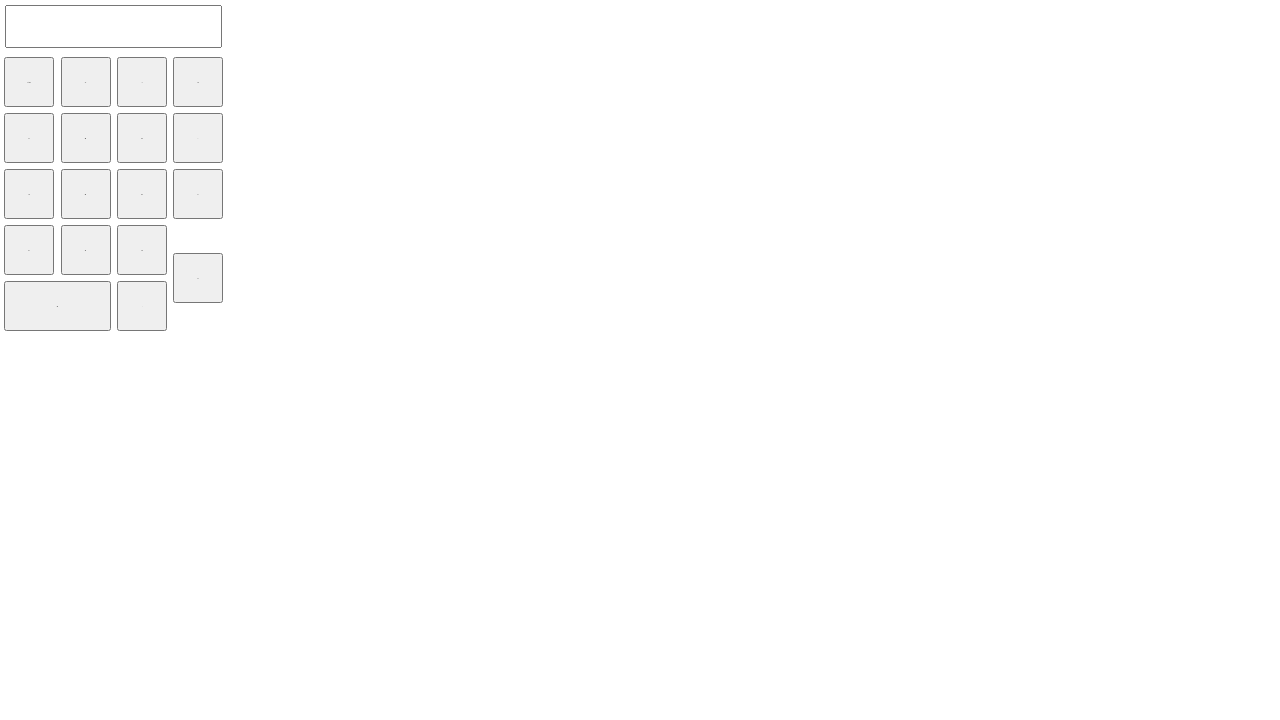
Repository: lacey-crenshaw/calculator
Page: index.html
These files come from the project's save history. The page is drawn as it stood at one moment and after the next save; the edit follows.
The browser window is 1280 px wide. The pictures show the whole page.

Above is the page before, as saved 2020-02-14 09:49:34.

After the next save:
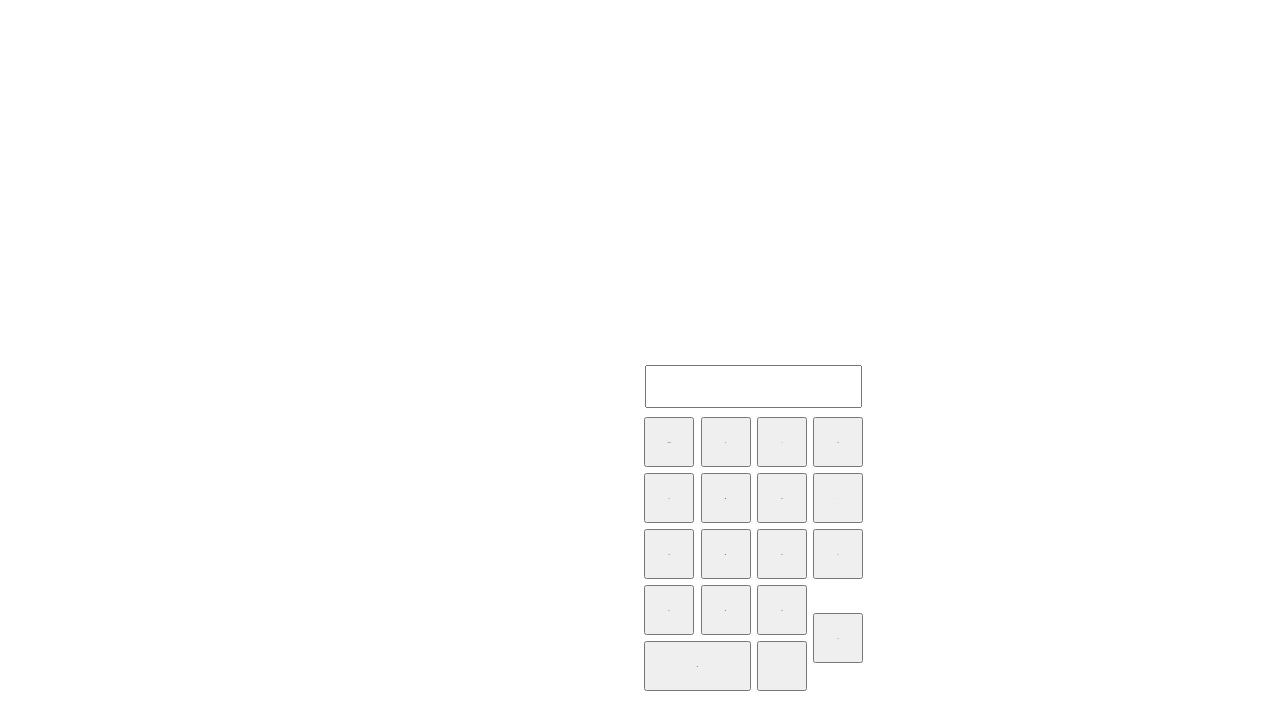
Saved 29 s later.
--- a/style.css
+++ b/style.css
@@ -20,7 +20,8 @@
 
 .main {
     position: absolute;
-    top:
+    top: 50%;
+    left: 50%;
 }
 
 .equal {
